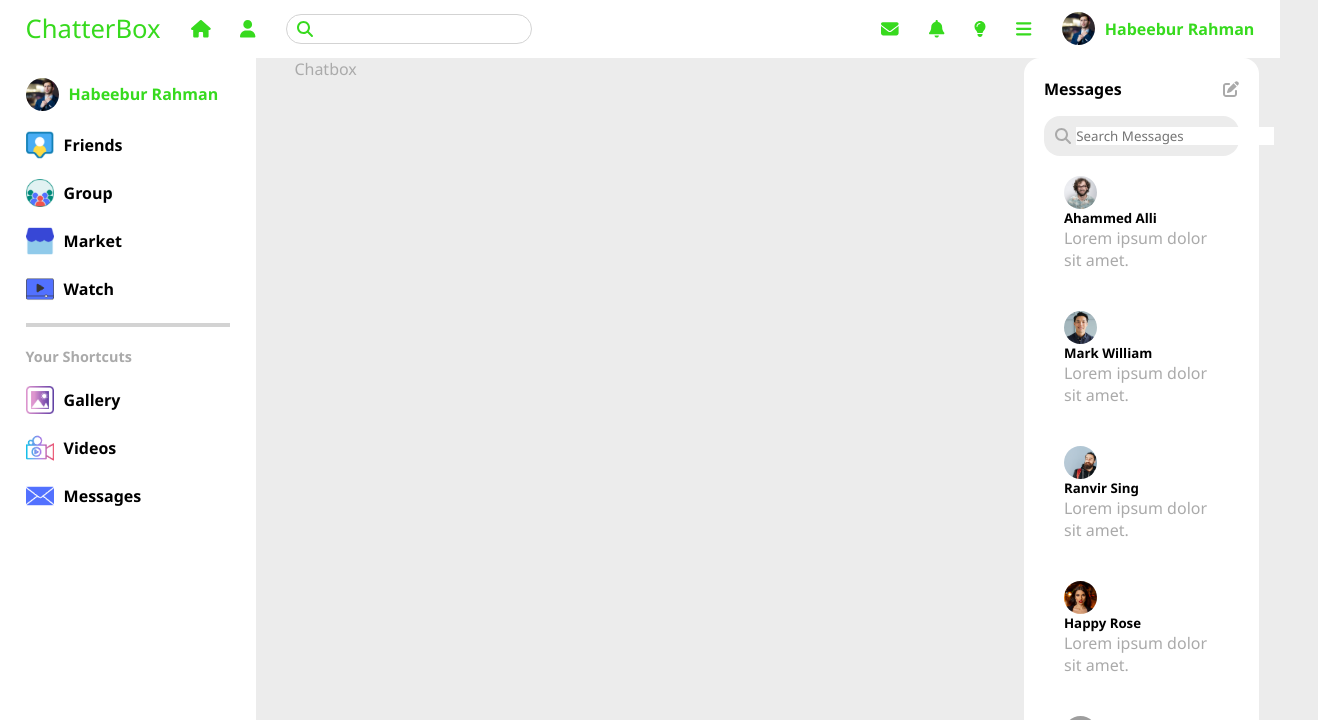
Repository: Habeebur1493/social-media-app
Page: /chatbox/id
An editor plug-in stored every save of this project. The page is shown before and after the next save, followed by the edit.
The browser window is 1280 px wide. The page is 1318 px wide, so the pictures cover 1318 px, including what lies to the right of the window. The pictures show the whole page.
Pictures or frames that could not be fetched are drawn as grey boxes. The project was rebuilt for these pictures with package versions that can differ from the ones it lists, and the page was loaded fresh each time. Also part of the build but not shown: vite.config.js, src/pages/login/login.css, src/pages/login/Login.jsx, src/pages/signup/signup.css, src/pages/signup/Signup.jsx, src/pages/home/Home.jsx, src/pages/profile/Profile.jsx.

Above is the page before, as saved 2025-01-29 11:44:04.

### src/App.jsx
import './App.css'
import Layout from './Layout/layout'

function App() {

  return (
    <>
      <Layout />

    </>
  )
}

export default App

### src/App.css
*{
  margin: 0;
  padding: 0;
  box-sizing: border-box;
  text-align: none;
  list-style: none;
  font-family: 'Segoe UI', Tahoma, Geneva, Verdana, sans-serif;
  text-decoration: none;
  outline: none;
  border: none;
}

:root{
  --color-primary:#37da1e;
  --text-color: black;
  --color-bg:rgb(236, 236, 236);
  --color-card: white;
  --color-soft:#aaaaaa;
  --color-border:lightgray;
  --color-red:red;
}

.darkmode{
  --text-color: white;
  --color-bg:black;
  --color-card:#111111;

}

body{
  overflow-x: hidden;
}

.container{
  max-width: 991px;
  width: 100%;
  margin: 0 auto;
}
h1,h2,h3,h4,h5{
  font-weight: 600;
  color: var(--text-color);
}
img{
  width: 100%;
  display: block;
  object-fit: cover;
}
.user{
  display: flex;
  align-items: center;
  gap: 10px;
}
.user img{
  width: 33px;
  aspect-ratio: 1/1;
  border-radius: 50%;
}
.user h4{
  color: var(--color-primary)
}
body{
  background: var(--color-bg);
  color: var(--color-soft);
}
small,p{
  color: var(--color-soft);
}
.btn{
  padding: .6rem 1.6rem;
  display: inline-block;
  width: fit-content;
  cursor: pointer;
  border-radius: .5rem;
  font-size: .9rem;
  font-weight: 500;
  border: none;
  transition: .3s ease;

}
.btn:hover{
  opacity: .7;
}
.btn-primary{
  background: var(--color-primary);
  color: white;
}

.btn-red{
  background: var(--color-red);
  color: white;
}

main{
  display: grid;
  grid-template-columns: 20% 54% 23%;
  gap: 3%;
  width: 100%;
}

### src/Layout/layout.jsx
import React from 'react'

import { createBrowserRouter, Outlet, RouterProvider } from 'react-router-dom'

//Pages.....
import Login from '../pages/login/Login'
import Signup from '../pages/signup/Signup'
import Home from '../pages/home/Home'
import Profile from '../pages/profile/Profile'
import Chatbox from '../pages/chatbox/Chatbox'


//Components.....
import Nav from '../components/nav/Nav'
import LeftBar from '../components/leftbar/LeftBar'
import RightBar from '../components/rightbar/RightBar'

export default function layout() {

//Feed..........
const Feed = () => {
    return (
        <>
        <Nav/>
            <main>
                <LeftBar/>
                <div className="container">
                    <Outlet/>
                </div>
                <RightBar/>
            </main>
        </>
    )
}


    //Router..........
    const router = createBrowserRouter([
        {
            path : '/',
            element : <Feed/>,
            children: [
                {
                    path : '/',
                    element :<Home/>
                },
                {
                    path : '/profile/:id',
                    element :<Profile/>
                },
                {
                    path : '/chatbox/:id',
                    element :<Chatbox/>
                },
               ]
        },

        {
            path : '/login',
            element : <Login/>
        },
        {
            path : '/signup',
            element : <Signup/>
        },
    ])


    return (
        <>
            <RouterProvider router={router} />
        </>
    )
}

### src/pages/chatbox/Chatbox.jsx
import React from 'react'

export default function Chatbox(){
  return (
    <div>
        Chatbox
    </div>
  )
}

### src/components/nav/Nav.jsx
import React from 'react'
import './nav.css'
import { Link } from 'react-router-dom'

//Fake API............

import CurrentUser from '../../FackApis/CurrentUserData'

//Components............

import Darkmode from '../darkmod/Darkmode'

// FontAwesome Icons............
import { FontAwesomeIcon } from '@fortawesome/react-fontawesome'
import { faSearch, faHome, faUser, faEnvelope, faBell, faBars } from '@fortawesome/free-solid-svg-icons'


export default function Nav() {
  return (
    <nav>
      <div className="nav-container">
        {/* ............Nav Left........ */}
        <div className="nav-left">
          <Link to='/'>
            <h3 className='logo'>ChatterBox</h3>
          </Link>
          <Link to='/'>
            <FontAwesomeIcon icon={faHome}/>
          </Link>
          <Link to='/profile/id'>
            <FontAwesomeIcon icon={faUser}/>
          </Link>
          <div className="Nav-Searchbar">
            <FontAwesomeIcon icon={faSearch}/>
            <input type="search" />
          </div>
        </div>
{/* ............Nav Right........ */}
        <div className="nav-right">
          <Link to='/chatbox/id'>
            <FontAwesomeIcon icon={faEnvelope}/>
          </Link>
          <Link to='/'>
            <FontAwesomeIcon icon={faBell}/>
          </Link>
          <Darkmode/>
          <Link to='/'>
            <FontAwesomeIcon icon={faBars}/>
          </Link>
          <div className="user">
            <img src={CurrentUser.map(user => (user.ProfieImage))} alt="" />
            <h4>Habeebur Rahman</h4>
          </div>
        </div>
      </div>
    </nav>
  )
}

### src/components/leftbar/LeftBar.jsx
import React from 'react'
import './leftbar.css'
import { Link } from 'react-router-dom'


//Components.......
import CurrentUser from '../../FackApis/CurrentUserData'

//Icon Image......
import Friend from '../../assets/icon/1.png'
import Group from '../../assets/icon/2.png'
import Market from '../../assets/icon/3.png'
import Watch from '../../assets/icon/4.png'
import Gallery from '../../assets/icon/5.png'
import Videos from '../../assets/icon/6.png'
import Messages from '../../assets/icon/7.png'

export default function LeftBar() {
  return (
    <div className='leftbar'>
      <div className="left-container">
        <div className="menu">
          <Link to='/profile/id'>
          <div className="user">
            <img src={CurrentUser.map(user=>(user.ProfieImage))} alt="" />
            <h4>Habeebur Rahman</h4>
          </div>
          </Link>
          <Link to='/'>
          <div className="item">
            <img src={Friend} alt="" />
            <h4>Friends</h4>
          </div>
          </Link>
          <Link to='/'>
          <div className="item">
            <img src={Group} alt="" />
            <h4>Group</h4>
          </div>
          </Link>
          <Link to='/'>
          <div className="item">
            <img src={Market} alt="" />
            <h4>Market</h4>
          </div>
          </Link>
          <Link to='/'>
          <div className="item">
            <img src={Watch} alt="" />
            <h4>Watch</h4>
          </div>
          </Link>

        </div>
          <hr />
        <div className="menu">
          <h4 className='others'>Your Shortcuts</h4>
          <Link to='/'>
          <div className="item">
            <img src={Gallery} alt="" />
            <h4>Gallery</h4>
          </div>
          </Link>
          <Link to='/'>
          <div className="item">
            <img src={Videos} alt="" />
            <h4>Videos</h4>
          </div>
          </Link>
          <Link to='/'>
          <div className="item">
            <img src={Messages} alt="" />
            <h4>Messages</h4>
          </div>
          </Link>
        </div>
      </div>
    </div>
  )
}

### src/components/rightbar/RightBar.jsx
import React from 'react'
import './rightbar.css'

//Components.......
import Message from '../message/Message'
import FriendReq from '../friendReq/FriendReq'


export default function RightBar() {
  return (
    <div className='rightbar'>
      <div className="rightbar-container">
        <Message/>
        <FriendReq/>
      </div>
    </div>
  )
}

### src/components/nav/nav.css
nav{
    height: 3.6rem;
    display: flex;
    align-items: center;
    justify-content: center;
    border-bottom: 1px solid var (--color-border);
    color: var(--color-primary);
    position: sticky;
    z-index: 10;
    background: var(--color-card);
    top: 0;
}

.nav-container{
    width: 96%;
    display: flex;
    align-items: center;
    justify-content: space-between;
}
.nav-container a{
    color: var(--color-primary);
    font-size: 1.1rem;
}
.nav-left{
    display: flex;
    align-items: center;
    gap: 30px
}

.logo{
    color: var(--color-primary);
    font-size: 1.6rem;
    font-weight: 400;
}

.Nav-Searchbar{
    display: flex;
    align-items: center;
    gap: 10px;
    border: 1px solid var(--color-border);
    border-radius: 2rem;
    padding: 5px 10px;
}

.Nav-Searchbar input{
    background: transparent;
    color: var(--color-primary);
}
.nav-right{
    display: flex;
    align-items: center;
    gap: 30px;
}

/* Media Queries */

@media(max-width: 768px) {
     nav .user{
        display: none;
     }
     .nav-container a{
        font-size: 1rem;
     }
     .nav-container .logo{
        font-size: 1.3rem;
     }
     .Nav-Searchbar{
        border: none;
        padding: 0;
     }
     .Nav-Searchbar input{
        display: none;
     }
     .nav-left, .nav-right{
        gap: 20px;
     }
}

### src/FackApis/CurrentUserData.js

import ProfieImage from '../assets/img/CurentProfile.jpeg';
import CoverPhoto from '../assets/img/CoverPhotos.jpg';

const CurrentUser = [
    {
        id: 'me',
        name : 'Habeebur Rahman',
        username: '@theHabeebur',
        ProfieImage: ProfieImage,
        CoverPhoto: CoverPhoto
    }
];

export default CurrentUser;

### src/components/darkmod/Darkmode.jsx
import React from 'react'
import './darkmode.css'


// FontAwesome Icon........


import { FontAwesomeIcon } from '@fortawesome/react-fontawesome'
import { faLightbulb } from '@fortawesome/free-solid-svg-icons'

export default function Darkmode() {

  const Darkmode = () => {
    document.querySelector('body').classList.toggle('darkmode');
  }
  return (
    <div className='dark-mood-icon'>
        <FontAwesomeIcon icon={faLightbulb}
        onClick={Darkmode} />
    </div>
  )
}

### src/components/leftbar/leftbar.css
.leftbar{
    position: sticky;
    top: 3.6rem;
    background: var(--color-card);
    height: calc(100vh -3.6rem);
    overflow: auto;
}
.leftbar::-webkit-scrollbar{
    display: none;
}
.left-container{
    width: 80%;
    margin: 0 auto;
}
.left-container .user{
    margin-top: 20px;
}

.left-container .item{
    display: flex;
    align-items: center;
    gap: 10px;
    margin: 20px 0;
}
.left-container .item img{
    width: 28px;
}

hr{
    background: var(--color-border);
    border: none;
    height: 4px;
    margin-bottom: 20px;
}
.others{
    color: var(--color-soft);
    font-size: .9rem;
}

/* Media Quries */

@media (max-width: 1024px){
    .left-container{
        width: fit-content;
    }
    .left-container h4{
        display: none;
    }
}

@media (max-width:991px){
    .leftbar{
        display: none;
    }
}

### src/components/rightbar/rightbar.css
.rightbar{
    height: calc(100vh - 3.6rem);
    /* background: var(--color-card); */
    position: sticky;
    top: 3.6rem;
    overflow: auto;
}

.rightbar::-webkit-scrollbar{
    display: none;
}
.rightbar-container{
    width: 80%;
}

### src/components/message/Message.jsx
import React from 'react'
import { Link } from 'react-router-dom'

import './message.css'

//Fack Api.............

import MessageData from '../../FackApis/MessageData'

// Font Awesome Icons............

import { FontAwesomeIcon } from '@fortawesome/react-fontawesome'
import { faSearch, faHome, faUser, faEnvelope, faBell, faBars, faEdit } from '@fortawesome/free-solid-svg-icons'

export default function Message() {
  return (
    <div className='message'>
      <div className="message-top">
        <h4>Messages</h4>
        <FontAwesomeIcon icon={faEdit}/>
      </div>
      <div className="message-search">
        <FontAwesomeIcon icon={faSearch}/>
        <input type="search" placeholder='Search Messages'/>
      </div>
      <div className="border-div"></div>

      {
        MessageData.map((message) => (
          <Link to='/chatbox/id'>
            <div className="message" key={message.id}>
              <div className="user">
                <img src={message.img} alt="" />
                <div className="green-active"></div>
              </div>
              <div className="message-body">
                <h5>{message.name}</h5>
                <p>{message.mText}</p>
              </div>
            </div>
          </Link>
        ))
      }
    </div>
  )
}

### src/components/friendReq/FriendReq.jsx
import React from 'react'

export default function FriendReq() {
  return (
    <div>FriendReq</div>
  )
}

### src/components/darkmod/darkmode.css
.dark-mood-icon:{
    transition: .3s ease;
}

.dark-mood-icon:hover{
    transform: scale(1.2);

}

### src/components/message/message.css
.message{
    background: var(--color-card);
    margin: ;
    border-radius: 1rem;
    padding: 20px;
}

.message-top{
    display: flex;
    align-items: center;
    justify-content: space-between;
    margin-bottom: 1rem;
}

.message-search{
    background: var(--color-bg);
    display: flex;
    gap: 5px;
    align-items: center;
    border-radius: 1rem;
    padding: .7rem;
}

### src/FackApis/MessageData.js

import MeessageImage1 from '../assets/img/MessageProfile1.png'
import MeessageImage2 from '../assets/img/MessageProfile2.jpg'
import MeessageImage3 from '../assets/img/MessageProfile4.jpg'
import MeessageImage4 from '../assets/img/MessageProfile5.jpg'
import MeessageImage5 from '../assets/img/MessageProfile6.jpg'


const Messages =[
    {
        id: 1,
        name: 'Ahammed Alli',
        img: MeessageImage1,
        mText: 'Lorem ipsum dolor sit amet.'
    },
    {
        id: 2,
        name: 'Mark William',
        img: MeessageImage2,
        mText: 'Lorem ipsum dolor sit amet.'
    },
    {
        id: 3,
        name: 'Ranvir Sing',
        img: MeessageImage3,
        mText: 'Lorem ipsum dolor sit amet.'
    },
    {
        id: 4,
        name: 'Happy Rose',
        img: MeessageImage4,
        mText: 'Lorem ipsum dolor sit amet.'
    },
    {
        id: 5,
        name: 'Angela Flower',
        img: MeessageImage5,
        mText: 'Lorem ipsum dolor sit amet.'
    },
];


export default Messages;

Loaded but not shown: index.html (common file); src/main.jsx (common file)

After the next save:
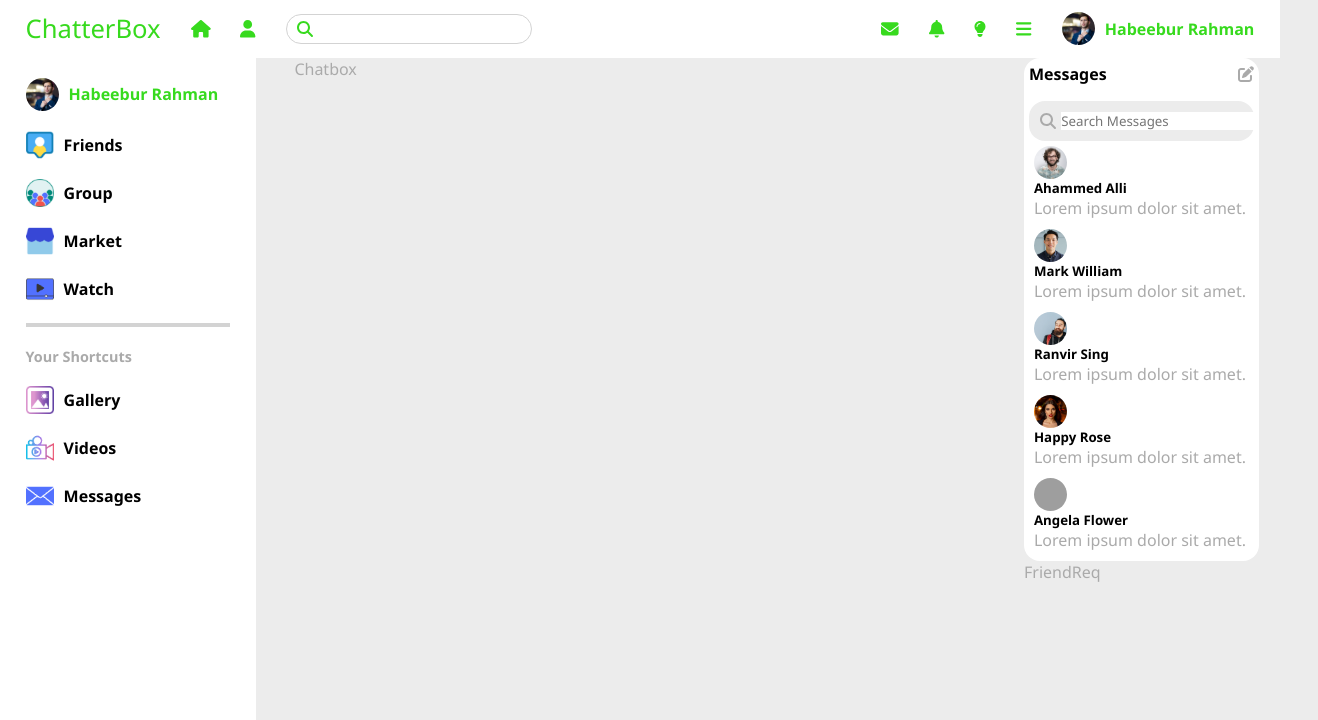
Saved 9 s later.
--- a/src/components/message/message.css
+++ b/src/components/message/message.css
@@ -2,7 +2,7 @@
     background: var(--color-card);
     margin: ;
     border-radius: 1rem;
-    padding: 20px;
+    padding: 5px;
 }
 
 .message-top{
